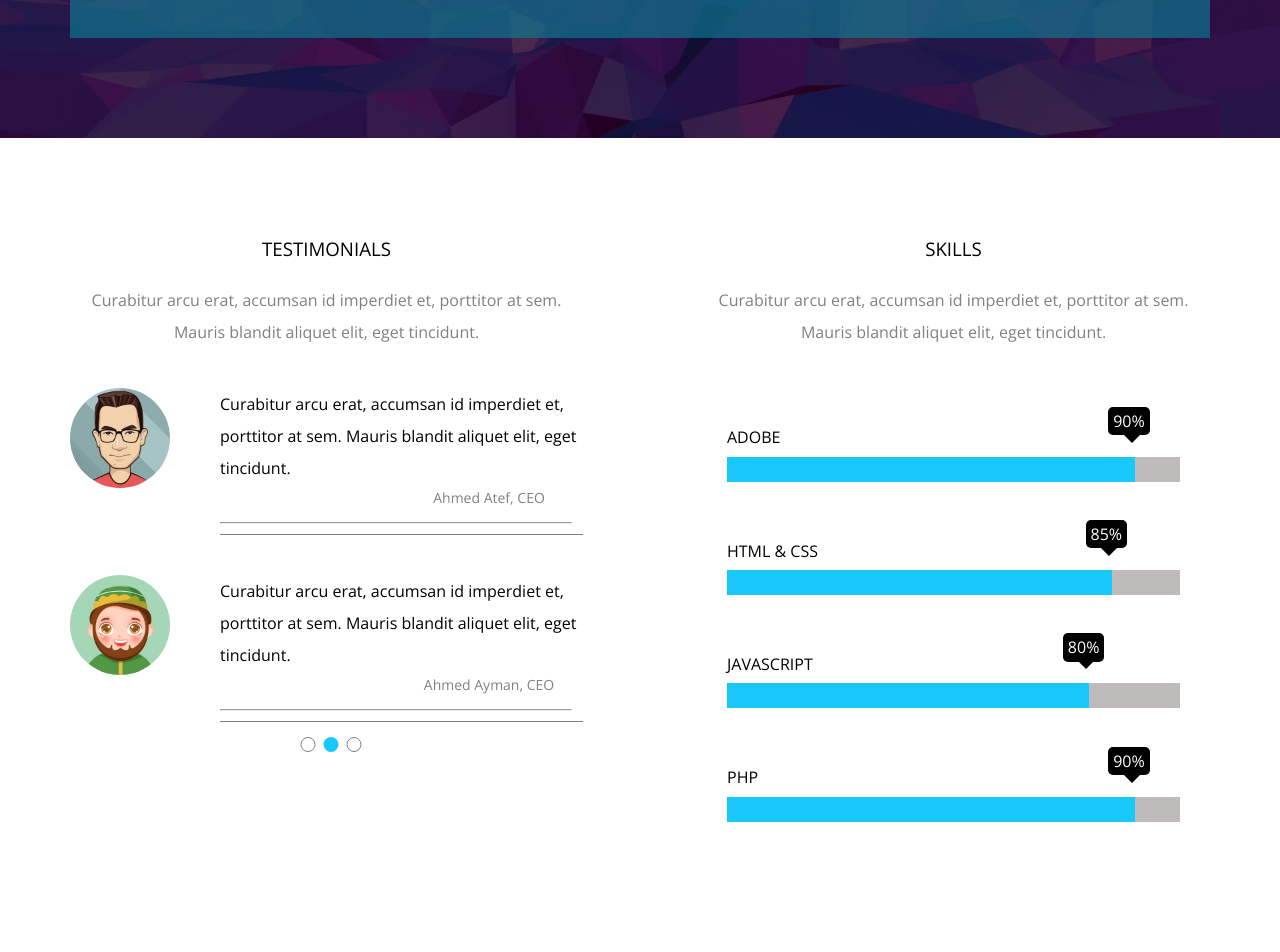
Repository: Ahmed123rezk123/Template_2
Page: index.html
An editor plug-in stored every save of this project. The page is shown before and after the next save, followed by the edit.
The browser window is 1280 px wide. The pictures show the part of the page from y = 4915 to 5867 px (the page is 5867 px tall).
A picture or video elsewhere on the page could not be fetched, so the positions and the page height are approximate. Some web fonts or font styles are not loaded; a fallback is used.

Above is the page before, as saved 2024-04-15 19:10:56.

After the next save:
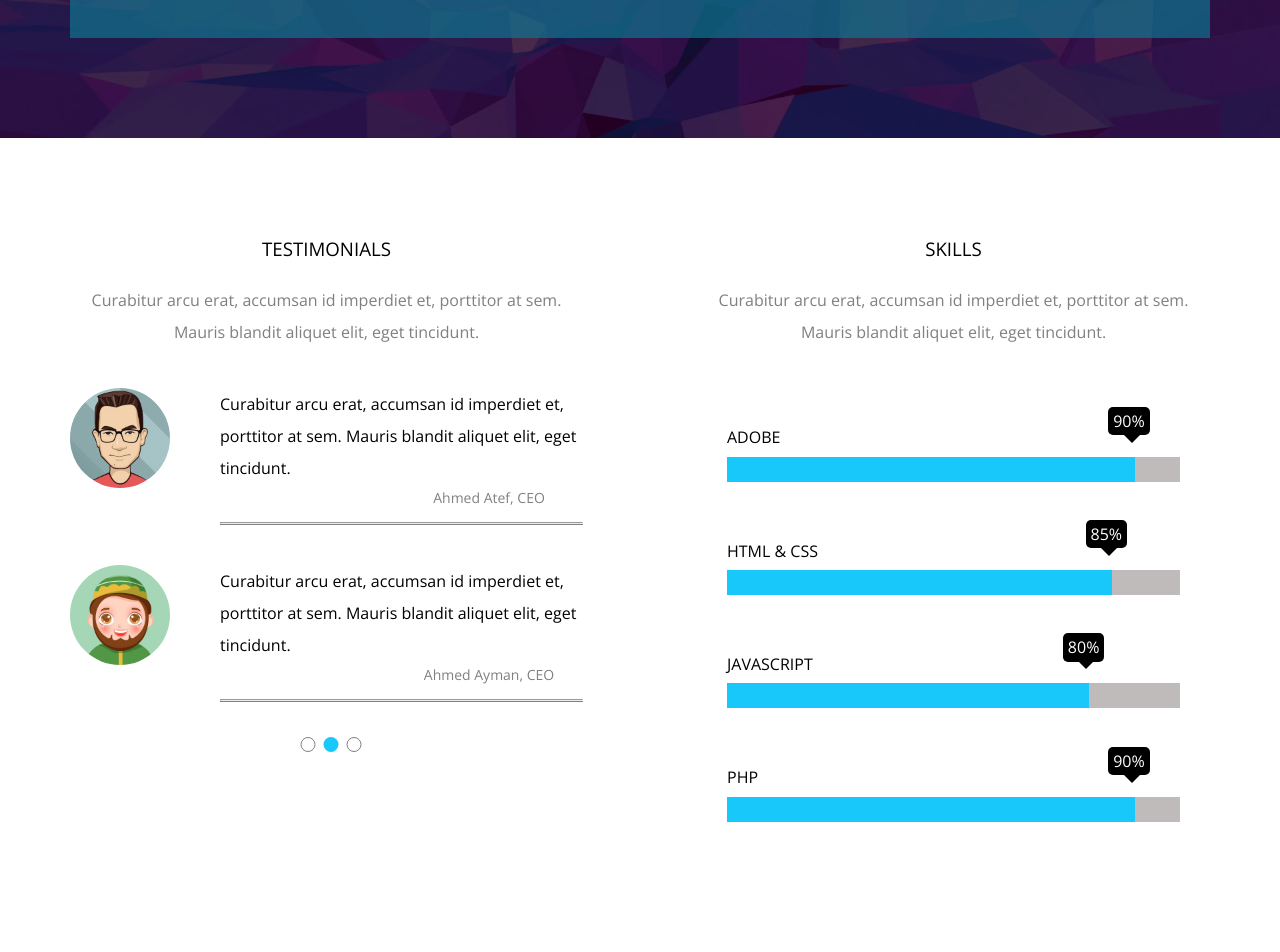
Saved 4 s later.
--- a/css/kasper.css
+++ b/css/kasper.css
@@ -710,11 +710,11 @@ margin-right: 50px;
    font-size: 14px;
    margin-bottom: 10px;
 }
-.our-skills .container .testimonial .box .text hr {
+/* .our-skills .container .testimonial .box .text hr {
     color: gray;
     width: 350px;
     margin-bottom: 10px;
-}
+} */
 .our-skills .container .testimonial .bullets {
         position: absolute;
         transform: translateX(-50%);
